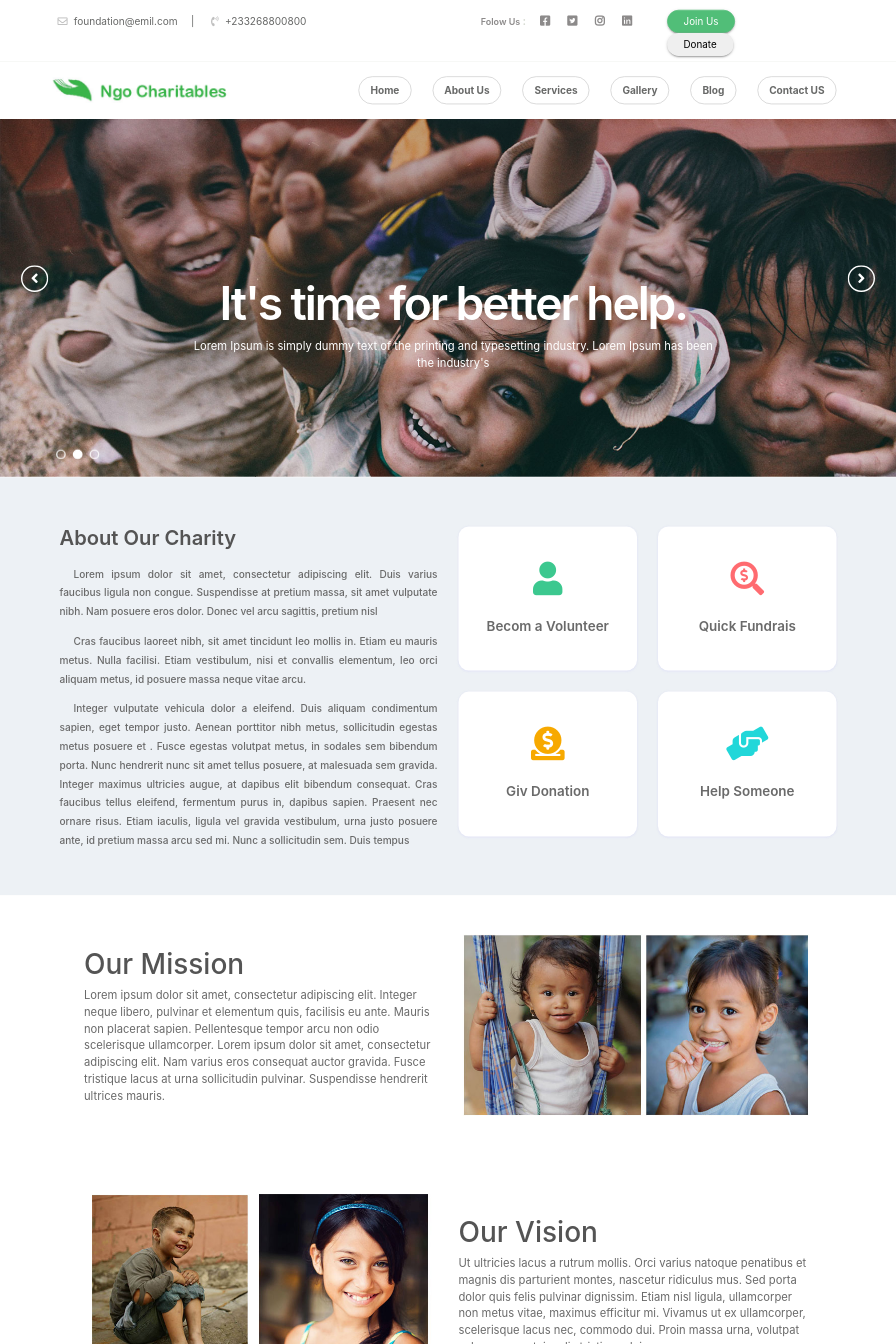
Repository: charisad/ngowebsite
Page: index.html
These files come from the project's save history. The page is drawn as it stood at one moment and after a run of saves; the edit follows.
The browser window is 1280 px wide. The pictures show the part of the page from y = 0 to 1920 px (the page is 5055 px tall before and 5027 px after), at 70% of full size.
Backgrounds fixed to the window are drawn as part of the page.

Above is the page before, as saved 2022-11-25 15:51:13.

After the next 2 saves:
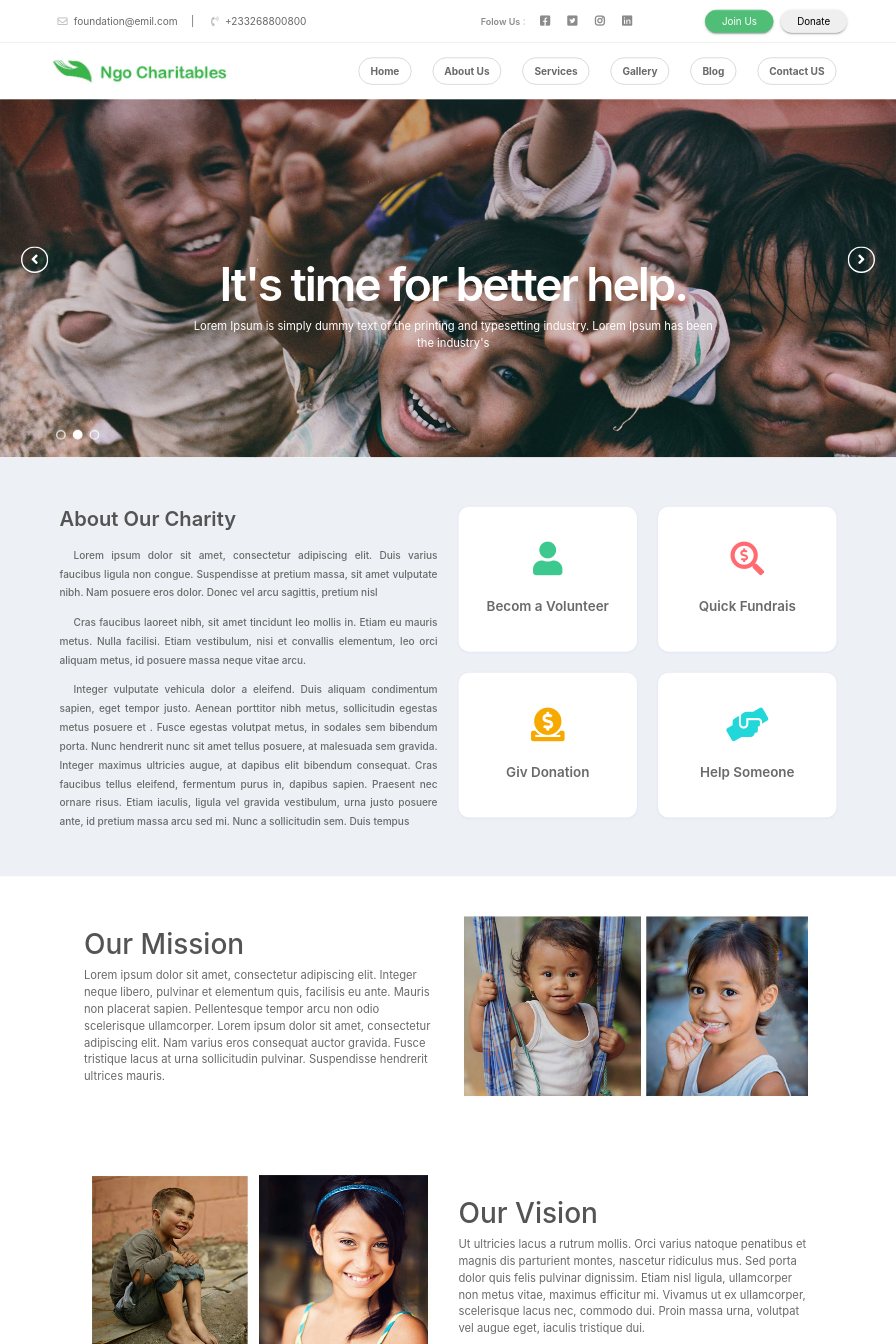
The 2 saves are shown as one change because they came seconds apart.
The last was saved 7 s later.
--- a/index.html
+++ b/index.html
@@ -38,7 +38,7 @@
                     <ul class="ulright">
                        <li> <small>Folow Us </small>:</li>
                         <li>
-                            <a href="http://facebook.com"><i class="fab fa-facebook-square"></i>
+                            <a href="http://facebook.com"><i class="fab fa-facebook-square"></i></a>
                         </li>
                         <li>
                             <i class="fab fa-twitter-square"></i>
